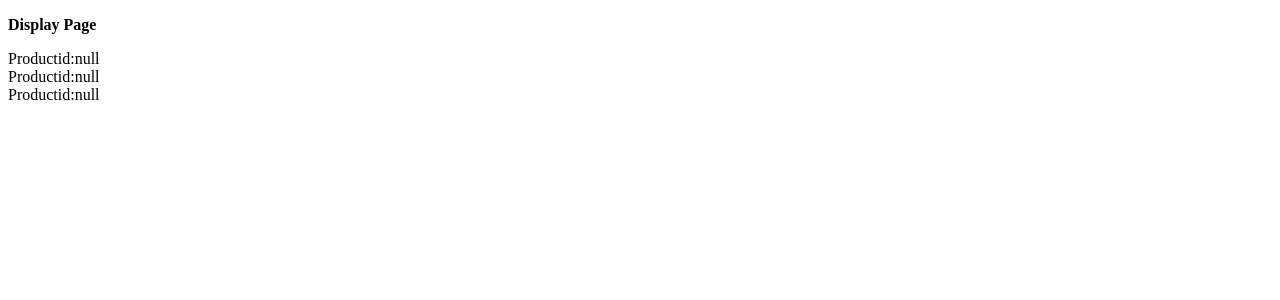
Repository: Vishu4401/FlyAway-An-Airline-Booking-Portal-
Page: http://localhost/Retrieving_the_Product_Details_Using_the_Product_ID/display.jsp
These files come from the project's save history. The page is drawn as it stood at one moment and after the next save; the edit follows.
The browser window is 1280 px wide. The pictures show the whole page.
The page is served by Tomcat 9.

Above is the page before, as saved 2022-08-23 03:19:17.

### Retrieving_the_Product_Details_Using_the_Product_ID/src/main/webapp/display.jsp
<%@ page language="java" contentType="text/html; charset=ISO-8859-1"
    pageEncoding="ISO-8859-1"%>
<!DOCTYPE html PUBLIC "-//W3C//DTD HTML 4.01 Transitional//EN" "http://www.w3.org/TR/html4/loose.dtd">
<html>
<head>
<meta http-equiv="Content-Type" content="text/html; charset=ISO-8859-1">
<title>Display the Products</title>
</head>
<body>
<p><b>Display Page</b></p>
<%
String prid=(String)session.getAttribute("productid");
out.print("Productid:"+prid);
out.print("<br>");
String prname=(String)session.getAttribute("productname");
out.print("Productid:"+prname);
out.print("<br>");
String prprice=(String)session.getAttribute("productprice");
out.print("Productid:"+prprice);


%>
</body>
</html>

After the next save:
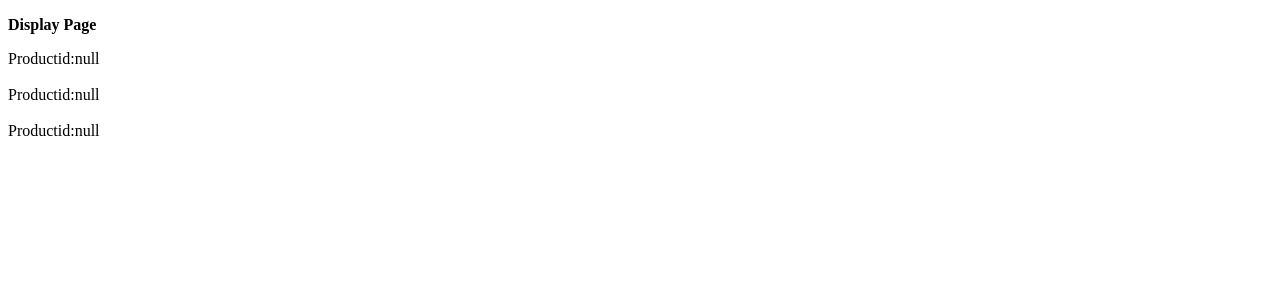
Saved 23 s later.
--- a/Retrieving_the_Product_Details_Using_the_Product_ID/src/main/webapp/display.jsp
+++ b/Retrieving_the_Product_Details_Using_the_Product_ID/src/main/webapp/display.jsp
@@ -12,8 +12,11 @@
 String prid=(String)session.getAttribute("productid");
 out.print("Productid:"+prid);
 out.print("<br>");
+out.print("<br>");
+
 String prname=(String)session.getAttribute("productname");
 out.print("Productid:"+prname);
+out.print("<br>");
 out.print("<br>");
 String prprice=(String)session.getAttribute("productprice");
 out.print("Productid:"+prprice);

After the save that followed:
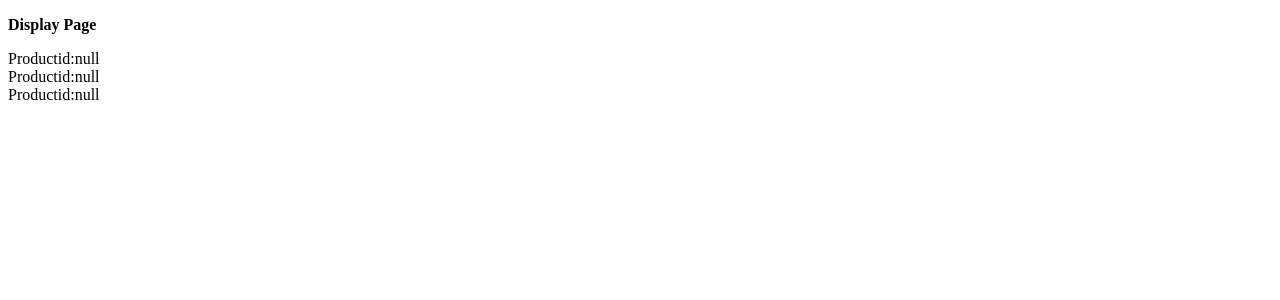
Saved 11 s later.
--- a/Retrieving_the_Product_Details_Using_the_Product_ID/src/main/webapp/display.jsp
+++ b/Retrieving_the_Product_Details_Using_the_Product_ID/src/main/webapp/display.jsp
@@ -12,11 +12,9 @@
 String prid=(String)session.getAttribute("productid");
 out.print("Productid:"+prid);
 out.print("<br>");
-out.print("<br>");
 
 String prname=(String)session.getAttribute("productname");
 out.print("Productid:"+prname);
-out.print("<br>");
 out.print("<br>");
 String prprice=(String)session.getAttribute("productprice");
 out.print("Productid:"+prprice);
